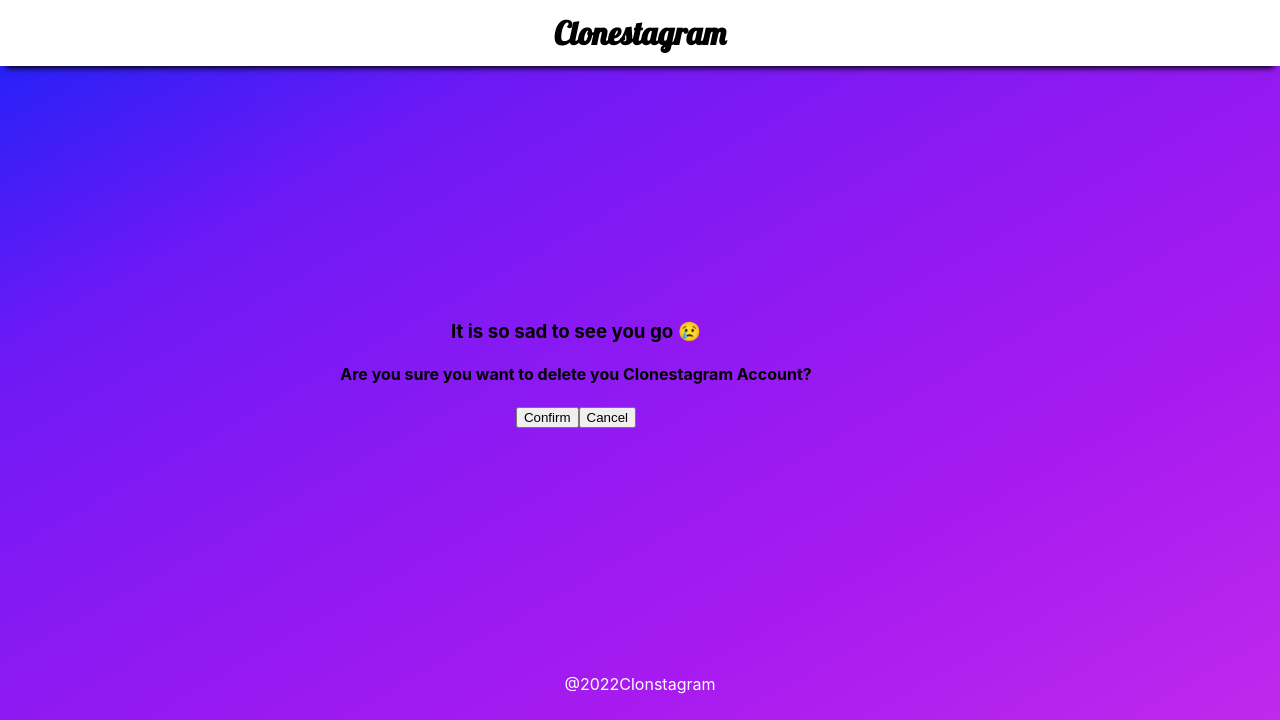
Repository: MikeMoore55/clonestagram
Page: /delaccount
The author's editor kept a copy of each file at every save. The page is drawn from the files as they stood at one save, then again after the next save.
The browser window is 1280 px wide. The pictures show the whole page.
The page's requests for data from a server got no answer. The project was rebuilt for these pictures with package versions that can differ from the ones it lists, and the page was loaded fresh each time. The framework's server and built-in components were replaced by stand-ins that run in the browser. No one was signed in, and anything a server would have sent is missing. Also part of the build but not shown: next.config.js.

Above is the page before, as saved 2022-11-24 09:02:21.

### pages/_app.jsx
import Layout from '../components/Layout/Layout';
import '../styles/globals.css';

export default function MyApp({ Component, pageProps }) {
  return (
    <Layout>
      <Component {...pageProps} />
    </Layout>
  );
};

### pages/delaccount.jsx
import React from 'react';
import Link from 'next/link';
import Router,{useRouter} from 'next/router';
import { SupaBaseDB } from '../utils/dbconnect';
import { parseCookies } from '../helpers/cookie';
import styles from '../styles/DelAccount.module.css';
import Footer from '../components/Layout/Footer'

export default function DelAccount( { data } ) {
    const router = useRouter();
    const id = [data];
    function extractId(arr, prop) {
        const extractedValue = arr.map(item => item[prop]);
        return extractedValue;
    }

    const cookieId = extractId(id, 'user');
    const userId = cookieId.toString();

    console.log(userId);

    const delAccount = async () => {

        // delete the account of user
        const account = await SupaBaseDB
            .from("account")
            .delete()
            .eq("account_id", userId);

        // delete all the posts of user too
        const posts = await SupaBaseDB
            .from("posts")
            .delete()
            .eq("user_id", userId);

        if (account.error) {
            console.log(account.error['message']);
        }
        else if (posts.error) {
            console.log(posts.error["message"]);
        }
        else {
            console.log('account deleted successfully');
            router
                .push({
                    pathname: '/', // when successful take to the feed page
                });
        }
    }

    return (
        <div className={styles.container}>
            <div className={styles.block}>
                <h3 className={styles.heading1}>It is so sad to see you go 😢</h3>
                <h4 className={styles.heading2}>Are you sure you want to delete you Clonestagram Account?</h4>
                <button className={styles.confirm} onClick={() => delAccount()}>Confirm</button>
                <button className={styles.cancel}><Link href={'/home'}>Cancel</Link></button>
            </div>
            {/* for a cool background effect */}
            <div className={styles.backgroundFeature}>
                1
            </div>
            <Footer/>
        </div>
    );
};

export async function getServerSideProps({ req, res }) {
    const data = parseCookies(req);

    if (res) {
        if (Object.keys(data).length === 0 && data.constructor === Object) {
            res.writeHead(301, { Location: "/signin" });
            res.end();
        }
    }

    return {
        props: {
            data: data && data,
        }
    };
};

// del from supabase
// take to index page

### components/Layout/Layout.jsx
import React from 'react';
import Header from './Header';

// layout across app
export default function Layout({children}) {
  return (
    <div id='Layout'>
      <Header />
      {children}
    </div>
  );
};

### styles/globals.css
html,
body {
  padding: 0;
  margin: 0;
  font-family: -apple-system, BlinkMacSystemFont, Segoe UI, Roboto, Oxygen,
    Ubuntu, Cantarell, Fira Sans, Droid Sans, Helvetica Neue, sans-serif;
}

a {
  color: inherit;
  text-decoration: none;
}

* {
  box-sizing: border-box;
}

@media (prefers-color-scheme: dark) {
  html {
    color-scheme: dark;
  }

  body {
    color: black;
    background: rgb(234, 233, 233);
  }
}

### utils/dbconnect.js
import { createClient } from "@supabase/supabase-js";

const supabaseUrl = process.env.NEXT_PUBLIC_SUPABASE_URL;
const supabaseApi = process.env.NEXT_PUBLIC_SUPABASE_API_KEY;

export const SupaBaseDB = createClient(supabaseUrl, supabaseApi);

### helpers/cookie.js
import cookie from "cookie";

export function parseCookies(req) {
    return cookie.parse(req ? req.headers.cookie || "" : document.cookie)
}

### styles/DelAccount.module.css
.container {
    position: relative;
    width: 100%;
    padding-top: 20%;
}

.block {
    position: relative;
    width: 80%;
    margin: 5% 5% 5% 5%;
    text-align: center;
}

.backgroundFeature {
    position: fixed;
    color: transparent;
    background-image: linear-gradient(to right bottom, #000bf8, #5e00f5, #8300f1, #a002ee, #b812eb);
    width: 100%;
    height: 100%;
    bottom: 0%;
    right: 0%;
    top: 0%;
    left: 0%;
    z-index: -1;
    opacity: 0.9;
}

### components/Layout/Footer.jsx
import React from 'react';
import styles from '../../styles/Footer.module.css';

export default function Footer() {
    return (
        <footer className={styles.footer}>
            @2022Clonstagram
        </footer>
    );
};

### components/Layout/Header.jsx
import React from 'react';
import styles from '../../styles/Header.module.css';

export default function Header() {
    return (
        <header className={styles.header}>
            <h1>Clonestagram</h1>
        </header>
    );
};

### styles/Footer.module.css
.footer {
    position: fixed;
    bottom: 0%;
    left: 0%;
    right: 0%;
    width: 100%;
    text-align: center;
    color: white;
    padding: 2%;
}

@media (min-width: 490px) {
    .footer {
        font-size: 1.7em;
    }
}

@media (min-width: 1000px) {
    .footer {
        font-size: 1em;
    }
}

### styles/Header.module.css
@font-face {
    font-family: 'Lobster';
    src: url(../assets/Lobster/Lobster-Regular.ttf);
}

.header {
    position: fixed;
    top: 0%;
    left: 0%;
    right: 0%;
    width: 100%;
    text-align: center;
    background-color: white;
    box-shadow: 0 8px 6px -6px black;
    z-index: 5;
    margin: 0%;
    padding: 3.5%;
}

.header h1 {
    margin: 0%;
    padding: 0%;
    font-family: 'Lobster', cursive;
    color: black;
    font-weight: 800;
}


@media (min-width: 490px) {
    .header {
        padding: 3%;
    }

    .header h1 {
        font-size: 2.7em;
    }
}

@media (min-width: 1000px) {
    .header {
        padding: 1%;
    }

    .header h1 {
        font-size: 2em;
    }
}

After the next save:
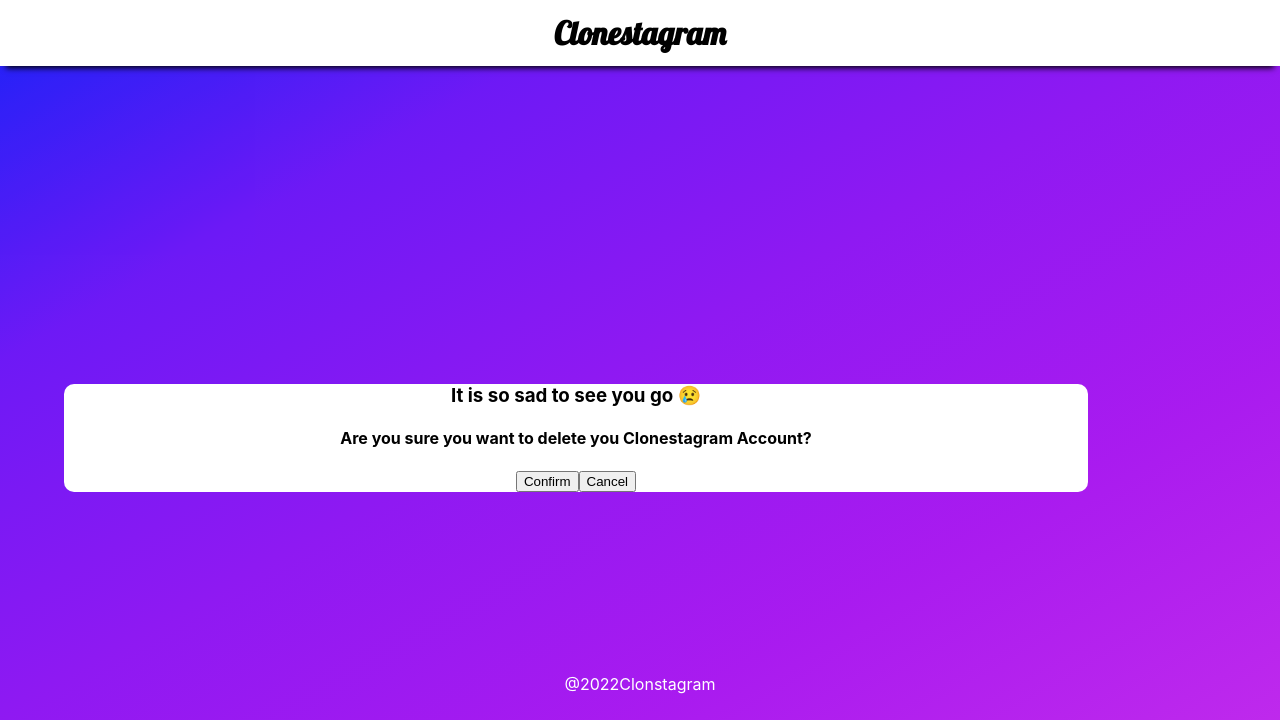
Saved 23 s later.
--- a/styles/DelAccount.module.css
+++ b/styles/DelAccount.module.css
@@ -7,8 +7,10 @@
 .block {
     position: relative;
     width: 80%;
-    margin: 5% 5% 5% 5%;
+    margin: 10% 5% 5% 5%;
     text-align: center;
+    background-color: white;
+    border-radius: 10px;
 }
 
 .backgroundFeature {
